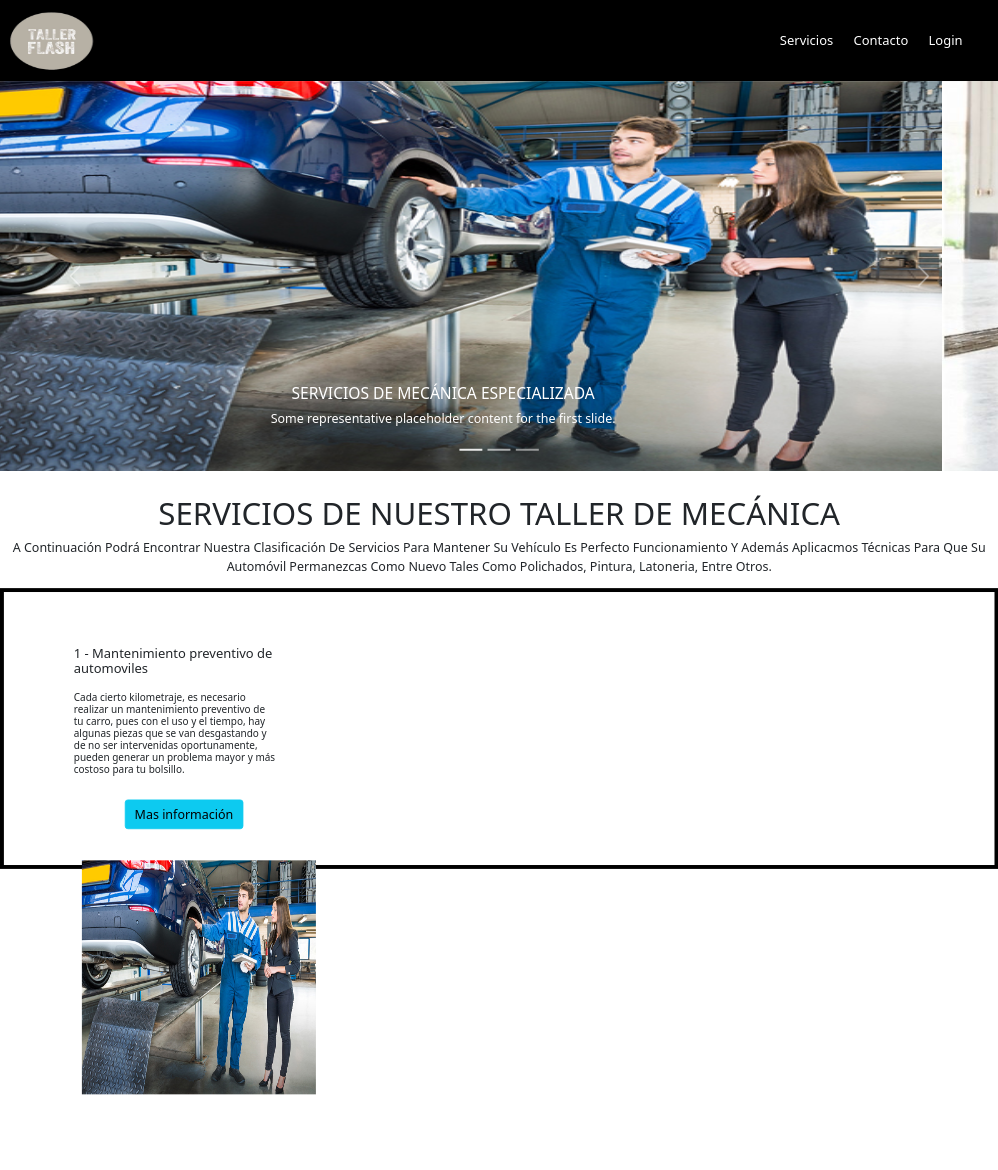
Repository: nder1996/Boostrap.Taller.Arquitectura
Page: Index.html
The author's editor kept a copy of each file at every save. The page is drawn from the files as they stood at one save, then again after the next save.
The browser window is 1280 px wide. The pictures show the whole page, at 78% of full size.

Above is the page before, as saved 2021-07-23 07:00:46.

### Index.html
<!DOCTYPE html>
<html lang="en">

<head>
	<meta charset="UTF-8">
	<meta name="viewport" content="width=device-width, initial-scale=1.0">
	<link rel="shortcut icon" href="img/Logo.png">
	<link href="https://cdn.jsdelivr.net/npm/bootstrap@5.0.2/dist/css/bootstrap.min.css" rel="stylesheet"
		integrity="sha384-EVSTQN3/azprG1Anm3QDgpJLIm9Nao0Yz1ztcQTwFspd3yD65VohhpuuCOmLASjC" crossorigin="anonymous">
	<link rel="stylesheet" href="https://cdnjs.cloudflare.com/ajax/libs/font-awesome/5.15.3/css/all.min.css"
		integrity="sha512-iBBXm8fW90+nuLcSKlbmrPcLa0OT92xO1BIsZ+ywDWZCvqsWgccV3gFoRBv0z+8dLJgyAHIhR35VZc2oM/gI1w=="
		crossorigin="anonymous" referrerpolicy="no-referrer" />
	<link rel="stylesheet" href="css/style.css">
	<title>Taller Automotriz</title>
</head>

<body>
	<div class="Pagina_Principal">
		<nav class="navbar navbar-expand-lg navbar-light">
			<div class="container-fluid">
				<a class="navbar-brand" href="#"><img src="img/Logo.png" alt="" style='width: 110px; height: 78px;'></a>
				<button class="navbar-toggler" type="button" data-bs-toggle="collapse" data-bs-target="#navbarNav"
					aria-controls="navbarNav" aria-expanded="false" aria-label="Toggle navigation">
					<span class="navbar-toggler-icon"></span>
				</button>
				<div class="collapse navbar-collapse" id="navbarNav">
					<ul class="navbar-nav ms-auto">
						<li class="nav-item">
							<a class="nav-link active" aria-current="page" href="#">Servicios</a>
						</li>
						<li class="nav-item">
							<a class="nav-link" href="#">Contacto</a>
						</li>
						<li class="nav-item">
							<a class="nav-link" href="#">Login</a>
						</li>
					</ul>
				</div>
			</div>
		</nav>
		<div id="carouselExampleCaptions" class="carousel slide" data-bs-ride="carousel">
			<div class="carousel-indicators">
				<button type="button" data-bs-target="#carouselExampleCaptions" data-bs-slide-to="0" class="active"
					aria-current="true" aria-label="Slide 1"></button>
				<button type="button" data-bs-target="#carouselExampleCaptions" data-bs-slide-to="1"
					aria-label="Slide 2"></button>
				<button type="button" data-bs-target="#carouselExampleCaptions" data-bs-slide-to="2"
					aria-label="Slide 3"></button>
			</div>
			<div class="carousel-inner">
				<div class="carousel-item active">
					<img src="img/Mantenimiento_1.jpg" class="d-block w-100" alt="...">
					<div class="carousel-caption d-none d-md-block">
						<h5>SERVICIOS DE MECÁNICA
							ESPECIALIZADA</h5>
						<p>Some representative placeholder content for the first slide.</p>
					</div>
				</div>
				<div class="carousel-item">
					<img src="img/Mantenimiento_3.png" class="d-block w-100" alt="...">
					<div class="carousel-caption d-none d-md-block">
						<h5>SERVICIOS DE MECÁNICA
							ESPECIALIZADA</h5>
						<p>Some representative placeholder content for the second slide.</p>
					</div>
				</div>
				<div class="carousel-item">
					<img src="img/Mantenimiento_2.png" class="d-block w-100" alt="...">
					<div class="carousel-caption d-none d-md-block">
						<h5>Third slide label</h5>
						<p>Some representative placeholder content for the third slide.</p>
					</div>
				</div>
			</div>
			<button class="carousel-control-prev" type="button" data-bs-target="#carouselExampleCaptions"
				data-bs-slide="prev">
				<span class="carousel-control-prev-icon" aria-hidden="true"></span>
				<span class="visually-hidden">Previous</span>
			</button>
			<button class="carousel-control-next" type="button" data-bs-target="#carouselExampleCaptions"
				data-bs-slide="next">
				<span class="carousel-control-next-icon" aria-hidden="true"></span>
				<span class="visually-hidden">Next</span>
			</button>
		</div>
		<div class="Letra_Servicios container-xxl">
			<h1>SERVICIOS DE NUESTRO TALLER DE MECÁNICA</h1>
			<p>
				A Continuación Podrá Encontrar Nuestra Clasificación De Servicios Para Mantener Su Vehículo Es Perfecto
				Funcionamiento Y Además Aplicacmos Técnicas Para Que Su Automóvil Permanezcas Como Nuevo Tales Como
				Polichados, Pintura, Latoneria, Entre Otros.

			</p>
		</div>

		<div class="Servicios container-fluid">

			<div class="Servicio" id="Servicio_1">
				<br> <br>
				<h1>1 - Mantenimiento preventivo de automoviles <br> <br>
					<p>
						Cada cierto kilometraje, es necesario realizar un mantenimiento preventivo de tu carro, pues con
						el uso
						y el tiempo, hay algunas piezas que se van desgastando y de no ser intervenidas oportunamente,
						pueden
						generar un problema mayor y más costoso para tu bolsillo.
						<br> <br> <br>
						<button type="button" class="btn btn-info">Mas información</button>
					</p>
				</h1>
				<br>
				<img src="img/Mantenimiento_1.jpg" alt="" width="300px" height="300px">
			</div>





		</div>


	</div>

	<!--
		<div><img src="img/Mantenimiento_2.png" alt="" width="300px" height="300px"></div>
		<div><img src="img/Mantenimiento_3.png" alt="" width="300px" height="300px"></div>
		<div><img src="img/Mantenimiento_4.png" alt="" width="300px" height="300px"></div>
		-->











	<script src="https://cdn.jsdelivr.net/npm/bootstrap@5.0.2/dist/js/bootstrap.bundle.min.js"
		integrity="sha384-MrcW6ZMFYlzcLA8Nl+NtUVF0sA7MsXsP1UyJoMp4YLEuNSfAP+JcXn/tWtIaxVXM" crossorigin="anonymous">
	</script>
	<script src="https://cdnjs.cloudflare.com/ajax/libs/jquery/3.6.0/jquery.min.js"
		integrity="sha512-894YE6QWD5I59HgZOGReFYm4dnWc1Qt5NtvYSaNcOP+u1T9qYdvdihz0PPSiiqn/+/3e7Jo4EaG7TubfWGUrMQ=="
		crossorigin="anonymous" referrerpolicy="no-referrer"></script>
</body>

</html>

### css/style.css

.Pagina_Principal{
    position: relative;
    overflow: hidden;
    height: 1500px;
}


nav{
    background-color: black !important;
}

nav li{
    position:relative;
    margin-left: 10px;
    left:-10%;
}

nav li a{
    color:white !important;
    font-size: 1.3vw;
}

.carousel-inner{
    position:relative;
    width: 100%;
    height: 500px;
}

.carousel-item img{
    position:relative;
    width: 100%;
    height: 500px;
}

.Letra_Servicios{
    position: relative;
    text-align: center;
    margin-top: 30px;
}

.Servicios{
    border:5px solid black;
    width: 100%;
    display: flex;
    flex-wrap: wrap;
    flex-direction: column;
}

.Servicios .Servicio{
    position:relative;
    border:
    display: flex;
    width: 40%;
    height: 350px;
    top:20px;
    margin-left: 90px;
    left:-1%;

}

.Servicios .Servicio button{
    position: relative;
    left:25%
}

.Servicios .Servicio img{
    position:relative;
    margin-left:10px;
}

.Servicios div h1{
    position:relative;
    text-align: left;
    font-size: 1.3vw;
    width: 60%;

}

.Servicios div p{
    position:relative;
    text-align: left;
    font-size: 1vw;
    width: 87%;
}

After the next save:
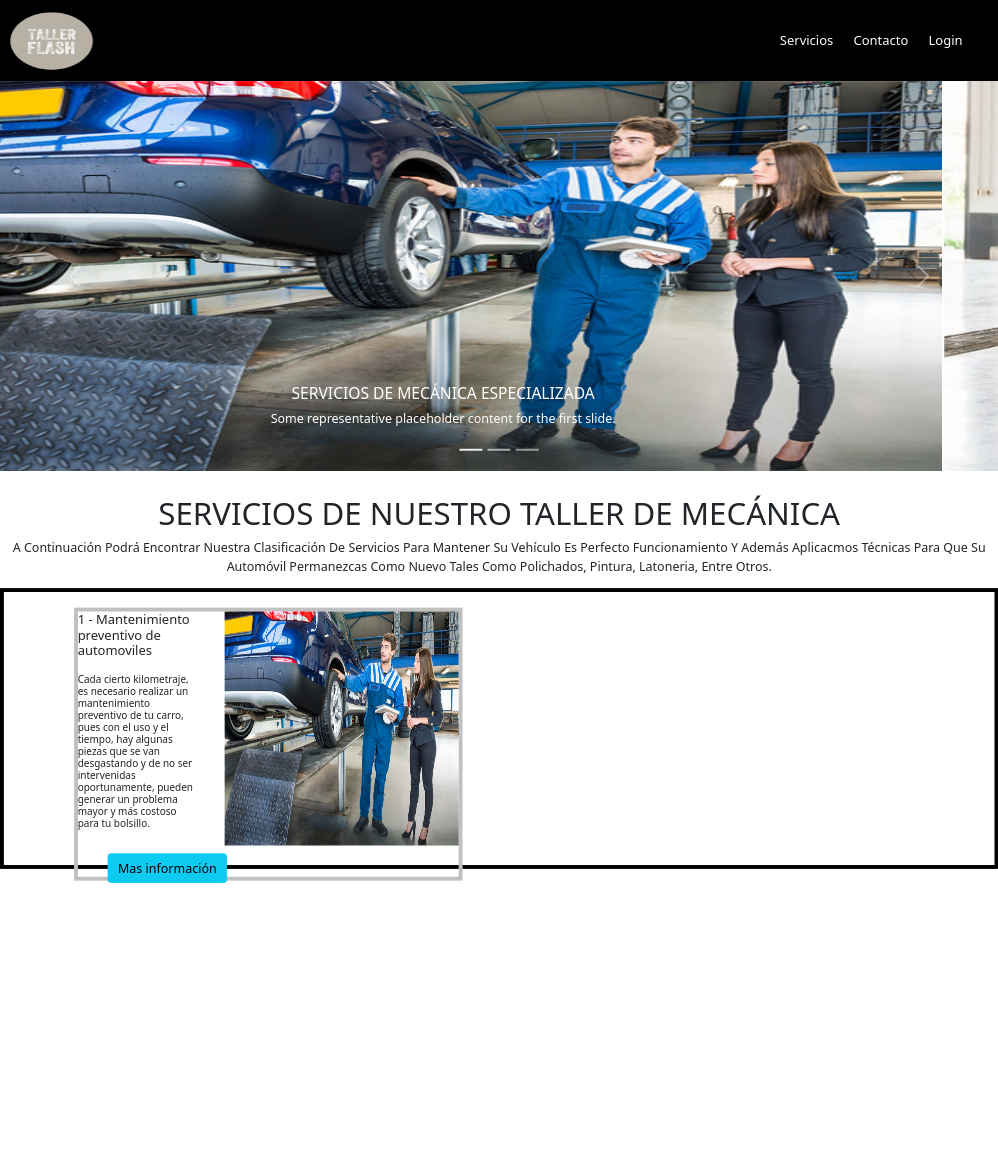
Saved 7 s later.
--- a/css/style.css
+++ b/css/style.css
@@ -49,7 +49,7 @@ nav li a{
 
 .Servicios .Servicio{
     position:relative;
-    border:
+    border:5px solid silver;
     display: flex;
     width: 40%;
     height: 350px;
